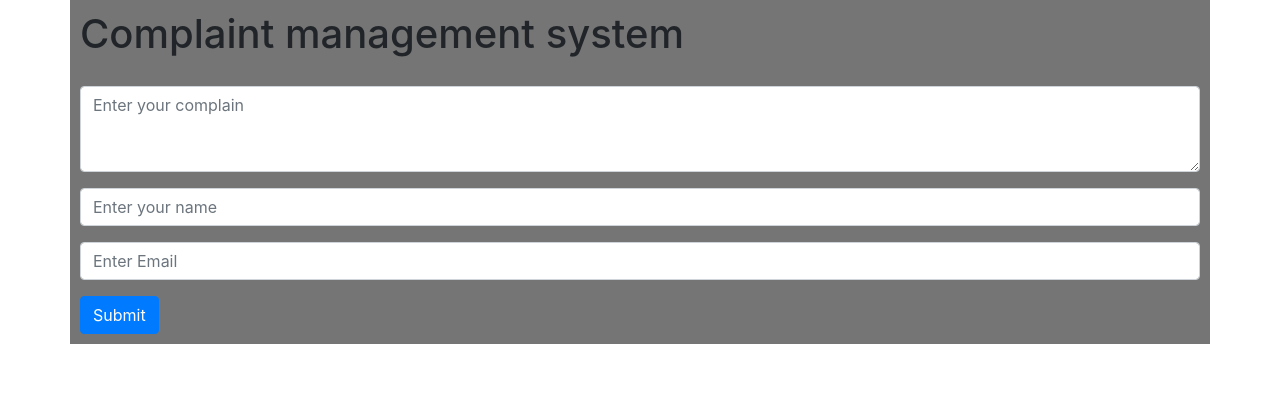
Repository: mkejeiri/Java-Entreprise
Page: http://localhost/complaintsystem/
These files come from the project's save history. The page is drawn as it stood at one moment and after the next save; the edit follows.
The browser window is 1280 px wide. The pictures show the whole page.
The page is served by Tomcat 9. Other server files are loaded and not shown.

Above is the page before, as saved 2018-05-10 19:38:40.

### complaintsystem/complaintsystem/WebContent/WEB-INF/complainForm.jsp
<%@ page language="java" contentType="text/html; charset=UTF-8"
    pageEncoding="UTF-8"%>
<!DOCTYPE html PUBLIC "-//W3C//DTD HTML 4.01 Transitional//EN" "http://www.w3.org/TR/html4/loose.dtd">
<html>
<head>
<meta http-equiv="Content-Type" content="text/html; charset=UTF-8">
<link rel="stylesheet" href="https://stackpath.bootstrapcdn.com/bootstrap/4.1.1/css/bootstrap.min.css" integrity="sha384-WskhaSGFgHYWDcbwN70/dfYBj47jz9qbsMId/iRN3ewGhXQFZCSftd1LZCfmhktB" crossorigin="anonymous">
<style>
	.spacing {
		padding:10px;
		/*background-image: url("./Complaint.jpg");*/
		background-color:#757575;
	}
</style>
<title>Insert title here</title>
</head>
<body>
	<div class="container spacing">
		<h1>Complaint management system</h1>
	</div>
	<div class="container spacing">
		<form action="/complaintsystem/submitComplain" method="post">
			<div class="form-group">
			    <textarea class="form-control" name="complain" rows="3" placeholder="Enter your complain"></textarea>
			</div>
			<div class="form-group">
			    <input type="text" class="form-control" name="name" placeholder="Enter your name">
			</div>
			<div class="form-group">
			    <input type="email" class="form-control" name="email" placeholder="Enter Email">
			</div>
			<input type="submit" class="btn btn-primary" value="Submit" >
		</form>
	</div>
	<script src="https://code.jquery.com/jquery-3.3.1.slim.min.js" integrity="sha384-q8i/X+965DzO0rT7abK41JStQIAqVgRVzpbzo5smXKp4YfRvH+8abtTE1Pi6jizo" crossorigin="anonymous"></script>
    <script src="https://cdnjs.cloudflare.com/ajax/libs/popper.js/1.14.3/umd/popper.min.js" integrity="sha384-ZMP7rVo3mIykV+2+9J3UJ46jBk0WLaUAdn689aCwoqbBJiSnjAK/l8WvCWPIPm49" crossorigin="anonymous"></script>
    <script src="https://stackpath.bootstrapcdn.com/bootstrap/4.1.1/js/bootstrap.min.js" integrity="sha384-smHYKdLADwkXOn1EmN1qk/HfnUcbVRZyYmZ4qpPea6sjB/pTJ0euyQp0Mk8ck+5T" crossorigin="anonymous"></script>
</body>
</html>

After the next save:
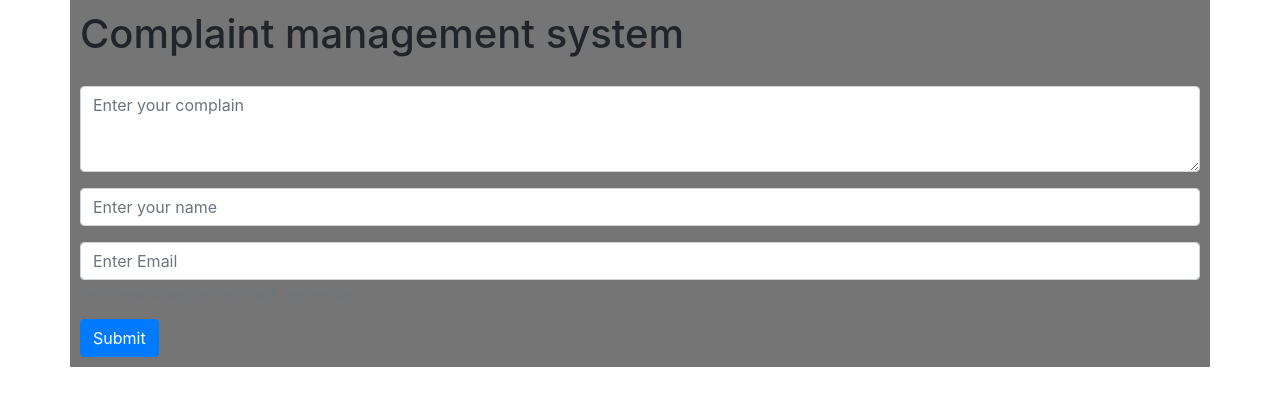
Saved 2 min 35 s later.
--- a/complaintsystem/complaintsystem/WebContent/WEB-INF/complainForm.jsp
+++ b/complaintsystem/complaintsystem/WebContent/WEB-INF/complainForm.jsp
@@ -27,7 +27,8 @@
 			    <input type="text" class="form-control" name="name" placeholder="Enter your name">
 			</div>
 			<div class="form-group">
-			    <input type="email" class="form-control" name="email" placeholder="Enter Email">
+			    <input type="email" class="form-control" name="email" placeholder="Enter Email" aria-describedby="emailHelp">
+    			<small id="emailHelp" class="form-text text-muted">We'll never share your email with anyone else.</small>
 			</div>
 			<input type="submit" class="btn btn-primary" value="Submit" >
 		</form>
